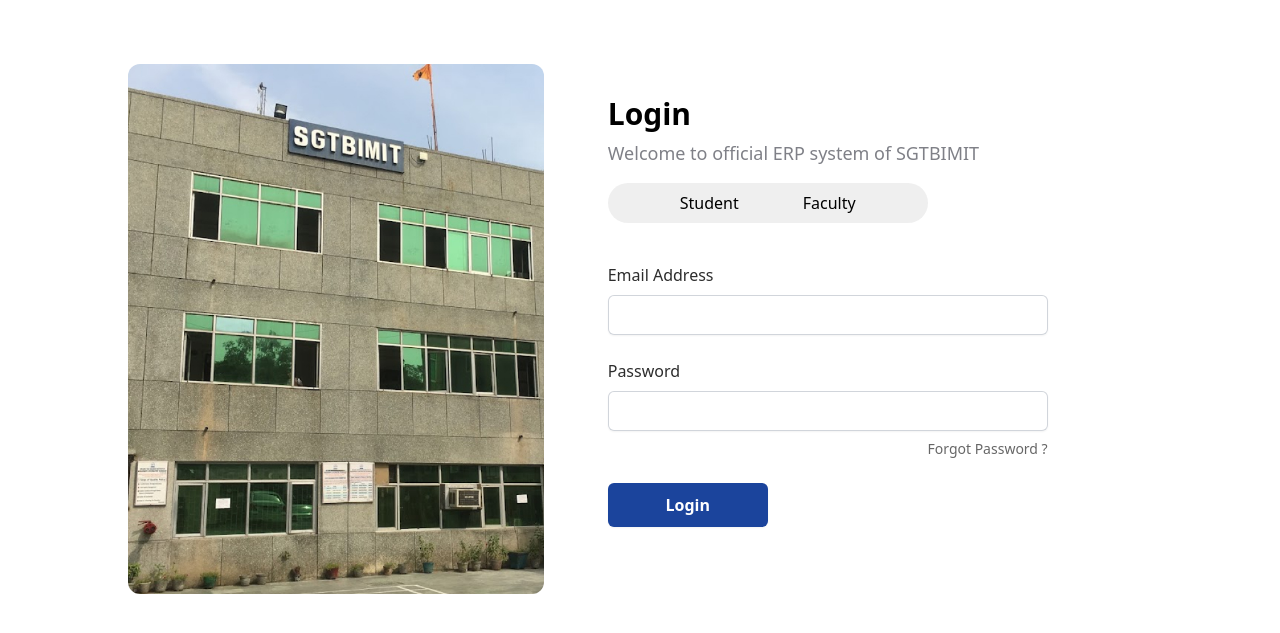
Repository: SehajBindra/SGTBIMIT-ERP-Client
Page: /StudentLogin
These files come from the project's save history. The page is drawn as it stood at one moment and after the next save; the edit follows.
The browser window is 1280 px wide. The pictures show the whole page.
The project was rebuilt for these pictures with package versions that can differ from the ones it lists, and the page was loaded fresh each time. Also part of the build but not shown: src/LOGIN/Login.js, src/LOGIN/FACULTY/FacultyLogin.js, src/STUDENT_PAGE/StuBody.js, src/STUDENT_PAGE/StuSidebar.js, src/STUDENT_PAGE/StuHeader.js, src/STUDENT_PAGE/StudentHome.js, src/FACULTY_PAGE/FacBody.js, src/FACULTY_PAGE/FacHeader.js and 2 more.

Above is the page before, as saved 2023-05-14 16:48:04.

### src/App.js
import React from 'react';
import { BrowserRouter as Router, Routes, Route } from "react-router-dom";
import './App.css';
import Login from './LOGIN/Login';
import StudentLogin from './LOGIN/STUDENT/StudentLogin';
import FacultyLogin from './LOGIN/FACULTY/FacultyLogin';
import StuBody from './STUDENT_PAGE/StuBody';
import StudentHome from './STUDENT_PAGE/StudentHome';
import StuSidebar from './STUDENT_PAGE/StuSidebar';
import StuHeader from './STUDENT_PAGE/StuHeader';
import FacBody from './FACULTY_PAGE/FacBody';
import FacHeader from './FACULTY_PAGE/FacHeader';
import FacSidebar from './FACULTY_PAGE/FacSidebar';
import FacultyHome from './FACULTY_PAGE/FacultyHome';
function App() {
  return (
    <div className="App">
      <Router>
        <Routes>
        <Route exact path="/" element={<Login />}></Route>
        <Route exact path="StudentLogin" element={<StudentLogin/>}></Route>
        <Route exact path="FacultyLogin" element={<FacultyLogin/>}></Route>
        <Route exact path="StuBody" element={<StuBody/>}></Route>
        <Route exact path="StuSidebar" element={<StuSidebar/>}></Route>
        <Route exact path="StuHeader" element={<StuHeader/>}></Route>
        <Route exact path="StudentHome" element={<StudentHome/>}></Route>
        <Route exact path="FacBody" element={<FacBody/>}></Route>
        <Route exact path="FacHeader" element={<FacHeader/>}></Route>
        <Route exact path="FacSidebar" element={<FacSidebar/>}></Route>
        <Route exact path="FacultyHome" element={<FacultyHome/>}></Route>
        </Routes>
      </Router>
    </div>
  );
}

export default App;

### src/LOGIN/STUDENT/StudentLogin.js
import React, { useEffect, useState } from "react";
import VisibilityIcon from "@mui/icons-material/Visibility";
import VisibilityOffIcon from "@mui/icons-material/VisibilityOff";

const StudentLogin = () => {
  const [translate, setTranslate] = useState(false);
  const [username, setUsername] = useState("");
  const [password, setPassword] = useState("");
  const [showPassword, setShowPassword] = useState(false);
  const [loading] = useState(false);

  useEffect(() => {
    setTimeout(() => {
      setTranslate(true);
    }, 1000);
  }, []);

  return (
    <div className=" flex flex-row h-[530px] my-16 max-w-5xl mx-auto ">
      <div className=" flex-col flex  ">
        <img
          className="hidden md:inline h-[530px] object-cover rounded-xl"
          src="/sgtb.jpg"
          alt="banner_image"
        />
      </div>

      <div className="bg-white text-left flex  ml-16 flex-col my-8">
        <h2 className="text-3xl  font-semibold">Login</h2>
        <p className="text-[#7F8087] text-[18px] mt-2">
          Welcome to official ERP system of SGTBIMIT
        </p>

        <div
          className="flex  flex-row items-center mt-4  justify-center h-10 text-[#
            1B449C] bg-[#EEEE] max-w-xs  space-x-16 capitalize text-[16px] rounded-[32px]"
        >
          <p>student</p>
          <p className="">faculty</p>
        </div>

        <div>
          <div className="mt-10 text-[16px] capitalize  sm:w-full sm:max-w-sm">
            <form className="space-y-6" action="#" method="POST">
              <div>
                <label className="block text-left  font-normal leading-6 text-[#2D2D2D]">
                  Email address
                </label>
                <div className="mt-2">
                  <input
                    id="email"
                    name="email"
                    type="email"
                    autoComplete="email"
                    required
                    className="block w-[440px] rounded-md border-0 py-2 text-gray-900 shadow-sm ring-1 ring-inset ring-gray-300 placeholder:text-gray-400 focus:ring-2 focus:ring-inset focus:ring-indigo-600 sm:text-sm sm:leading-6"
                  />
                </div>
              </div>

              <div>
                <div className="flex items-center justify-between">
                  <label
                    htmlFor="password"
                    className="block  font-normal leading-6 text-[#2D2D2D]"
                  >
                    Password
                  </label>
                </div>
                <div className="mt-2">
                  <input
                    id="password"
                    name="password"
                    type="password"
                    autoComplete="current-password"
                    required
                    className="block w-[440px] rounded-md border-0 py-2 text-gray-900 shadow-sm ring-1 ring-inset ring-gray-300 placeholder:text-gray-400 focus:ring-2 focus:ring-inset focus:ring-indigo-600 sm:text-sm sm:leading-6"
                  />
                </div>
                <div className="text-sm text-right w-[440px] mt-2">
                  <a
                    href="#"
                    className=" font-medium text-black/60 hover:text-black/60"
                  >
                    Forgot password ?
                  </a>
                </div>
              </div>

              <div>
                <button
                  type="submit"
                  className="flex w-40 justify-center rounded-md bg-[#1B449C] px-3 py-2.5 text-[16px] font-semibold leading-6 text-white shadow-sm hover:bg-indigo-500 focus-visible:outline focus-visible:outline-2 focus-visible:outline-offset-2 focus-visible:outline-indigo-600"
                >
                  Login
                </button>
              </div>
            </form>
          </div>
        </div>
      </div>
    </div>
  );
};

export default StudentLogin;

### src/LOGIN/Login.css
*{
    margin: 0;
    padding: 0;
}
.display{
    min-height: 100vh;
    width: 100%;
    background-image: url("back.jpg");
    background-repeat: no-repeat;
    background-size: cover;
    background-position: center;
    position: relative;

}

Loaded but not shown: public/index.html (common file); src/index.js (common file); src/index.css (common file); src/App.css (common file); tailwind.config.js (common file)

After the next save:
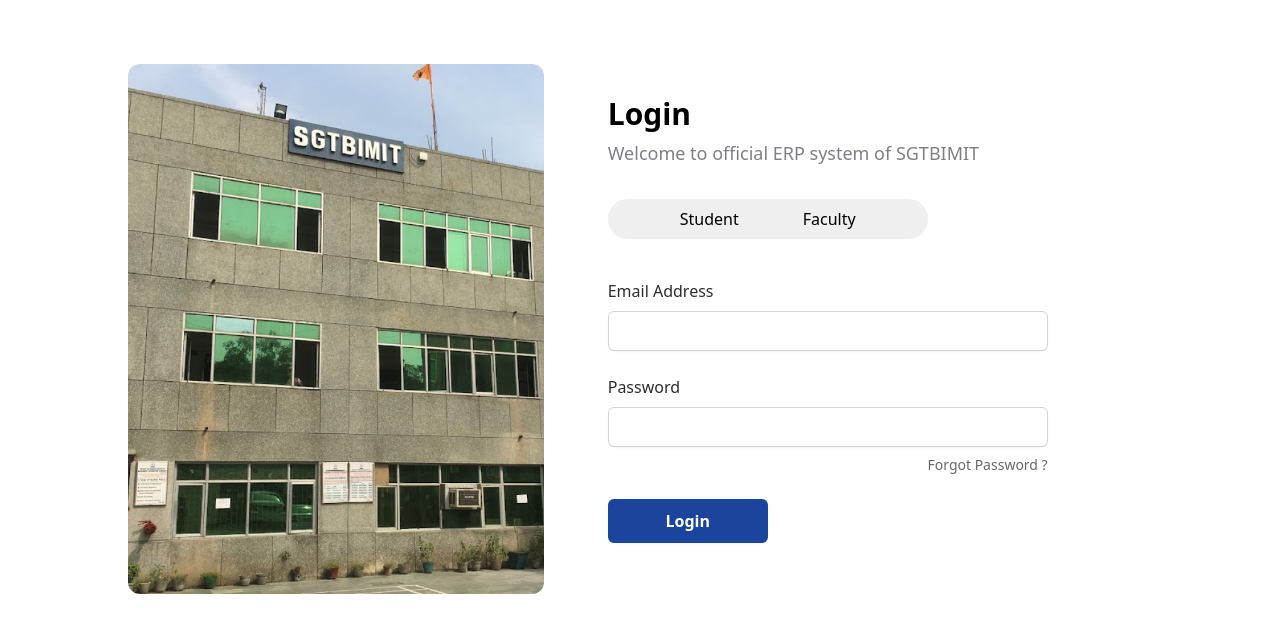
Saved 14 s later.
--- a/src/LOGIN/STUDENT/StudentLogin.js
+++ b/src/LOGIN/STUDENT/StudentLogin.js
@@ -32,7 +32,7 @@
         </p>
 
         <div
-          className="flex  flex-row items-center mt-4  justify-center h-10 text-[#
+          className="flex  flex-row items-center mt-8  justify-center h-10 text-[#
             1B449C] bg-[#EEEE] max-w-xs  space-x-16 capitalize text-[16px] rounded-[32px]"
         >
           <p>student</p>
